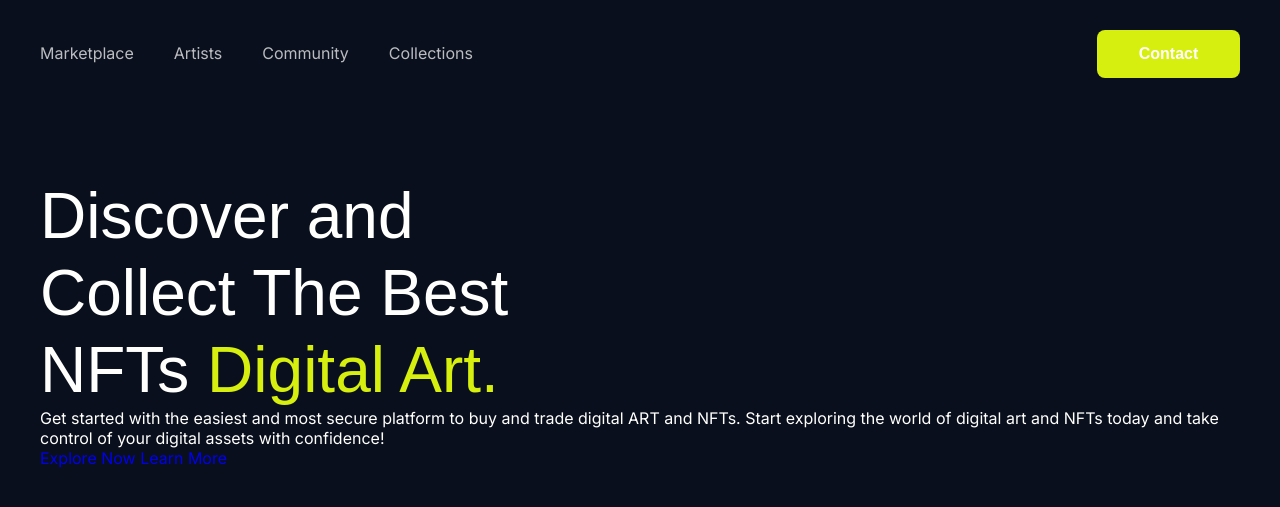
Repository: Kamron5505/NftMarketplace
Page: index.html
The author's editor kept a copy of each file at every save. The page is drawn from the files as they stood at one save, then again after the next save.
The browser window is 1280 px wide. The pictures show the whole page.
Some web fonts or font styles are not loaded; a fallback is used.

Above is the page before, as saved 2025-07-08 00:04:11.
Not found: fonts/Canela-Medium.woff2

After the next save:
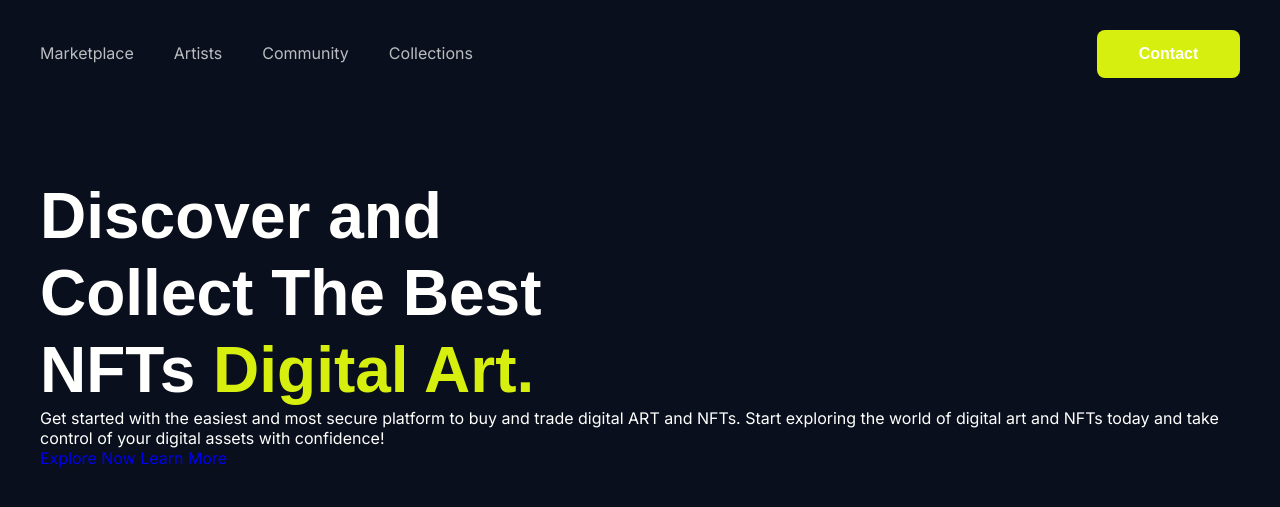
Saved 21 s later.
--- a/style.css
+++ b/style.css
@@ -55,7 +55,8 @@ h4,
 h5,
 h6 {
     font-family: var(--font-accent);
-    font-weight: 500;
+    font-weight: 700;
+    /* Попробуйте 700, чтобы соответствовало Canela-Bold */
     font-size: 64px;
     line-height: 120%;
     color: var(--color-text);
